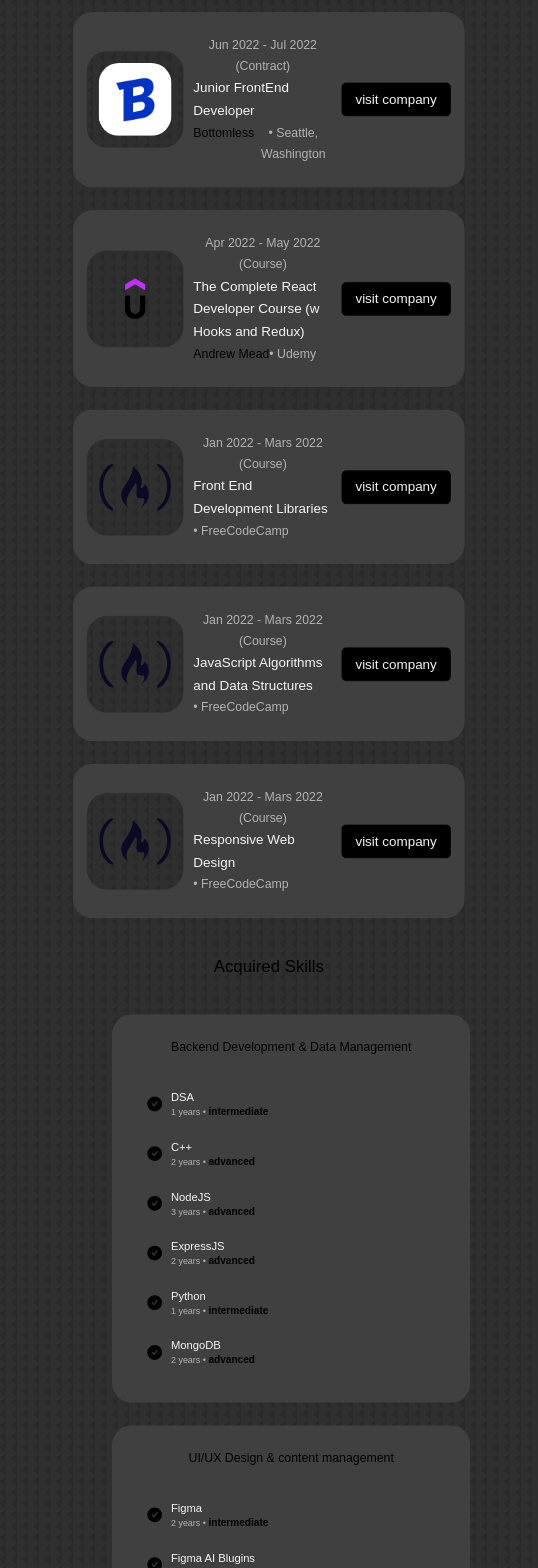
Repository: Z-Bahaa/project_joker_react_portfolio
Page: /
These files come from the project's save history. The page is drawn as it stood at one moment and after the next save; the edit follows.
The browser window is 768 px wide. The pictures show the part of the page from y = 4260 to 6500 px (the page is 9122 px tall), at 70% of full size.
Some web fonts or font styles are not loaded; a fallback is used. The project was rebuilt for these pictures with package versions that can differ from the ones it lists, and the page was loaded fresh each time. Imported but missing from the stored project, and not drawn on this page: src/assets/resume.pdf.

Above is the page before, as saved 2023-08-21 18:57:12.

After the next save:
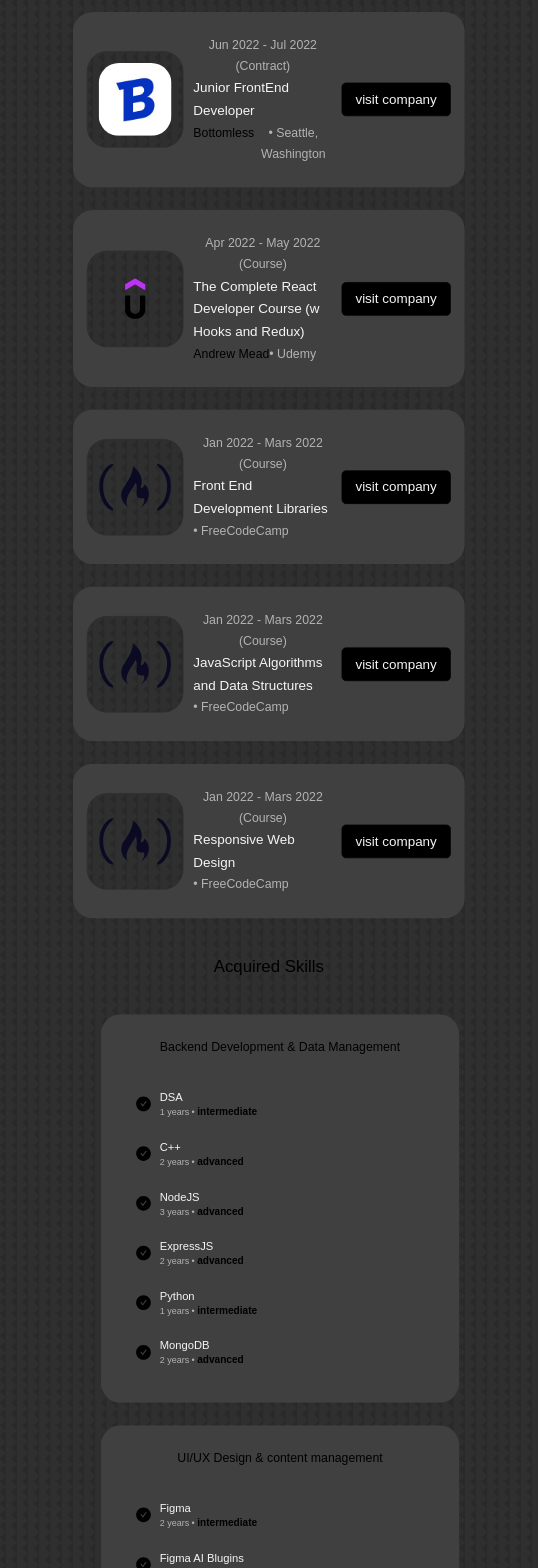
Saved 5 s later.
--- a/src/components/experience/experience.css
+++ b/src/components/experience/experience.css
@@ -231,7 +231,7 @@
   }
   .experience__container>div {
     width: 100%;
-    margin: 0 2rem;
+    margin: 0 1rem;
   }
 }
 
